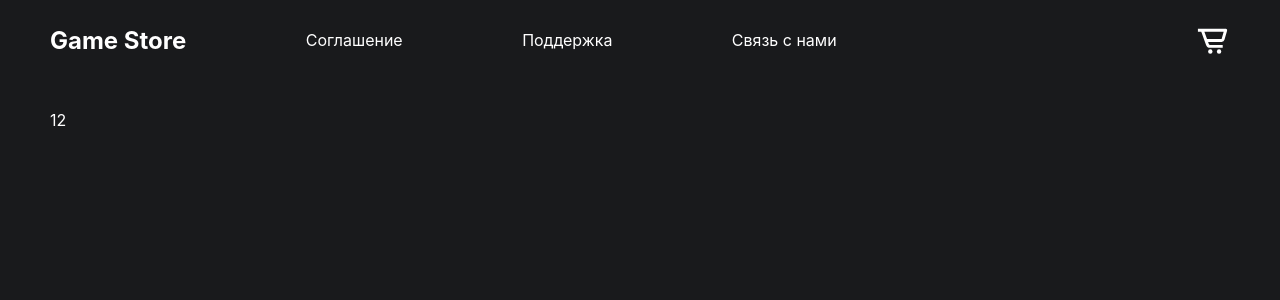
Repository: Minkeani/GameStore
Page: /order
The author's editor kept a copy of each file at every save. The page is drawn from the files as they stood at one save, then again after the next save.
The browser window is 1280 px wide. The pictures show the whole page.
The project was rebuilt for these pictures with package versions that can differ from the ones it lists, and the page was loaded fresh each time. Also part of the build but not shown: src/components/ItemsInCart/ItemsInCart.css, src/components/ItemsInCart/ItemsInCart.jsx, src/components/CartMenu/CartMenu.css, src/components/Btn/Btn.css, src/components/Btn/Btn.jsx, src/components/CartItem/CartItem.css, src/components/CartItem/CartItem.jsx, src/components/utils/utils.js and 14 more.

Above is the page before, as saved 2022-09-10 22:53:18.

After the next save:
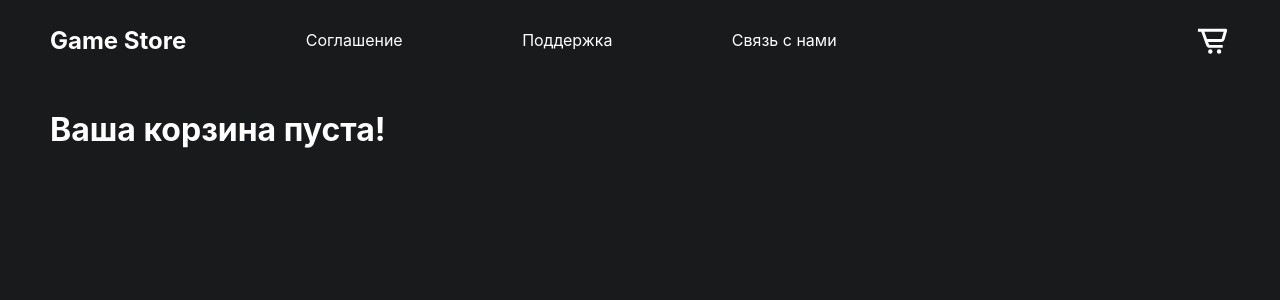
Saved 35 s later.
--- a/src/components/OrderPage/OrderPage.jsx
+++ b/src/components/OrderPage/OrderPage.jsx
@@ -6,6 +6,9 @@ const OrderPage = () => {
 
     const items = useSelector((state) => state.cart.itemsInCart);
 
+    if(items.length < 1) {
+        return <h1>Ваша корзина пуста!</h1>
+    }
 
     return (
         <div>
